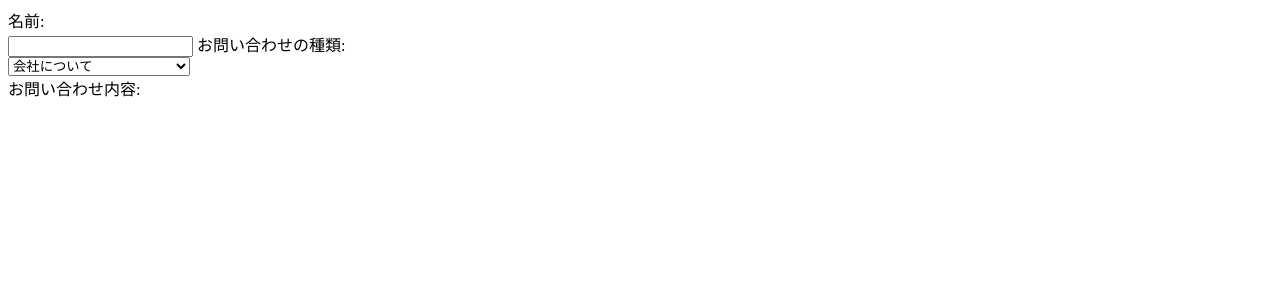
Repository: cha-git/test
Page: http://localhost/HelloServlet/inquiry.jsp
An editor plug-in stored every save of this project. The page is shown before and after the next save, followed by the edit.
The browser window is 1280 px wide. The pictures show the whole page.
The page is served by Tomcat 9.

Above is the page before, as saved 2018-12-05 10:46:38.

After the next save:
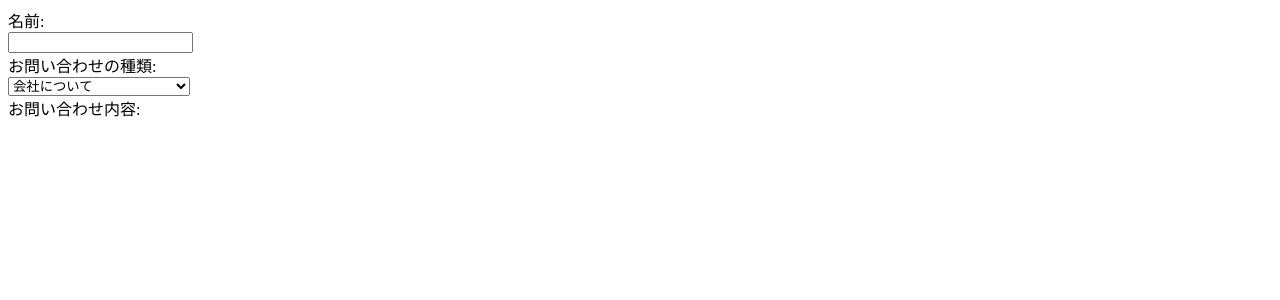
Saved 28 s later.
--- a/HelloServlet/WebContent/inquiry.jsp
+++ b/HelloServlet/WebContent/inquiry.jsp
@@ -8,7 +8,7 @@
 </head>
 <body>
 	<form method="post" action="InquiryServlet">
-		名前:<br> <input type="text"name="name">
+		名前:<br> <input type="text"name="name"><br>
 		お問い合わせの種類:<br> <select name="qtype">
 			<option value="company">会社について</option>
 			<optoin value="product">製品について</optoin>
